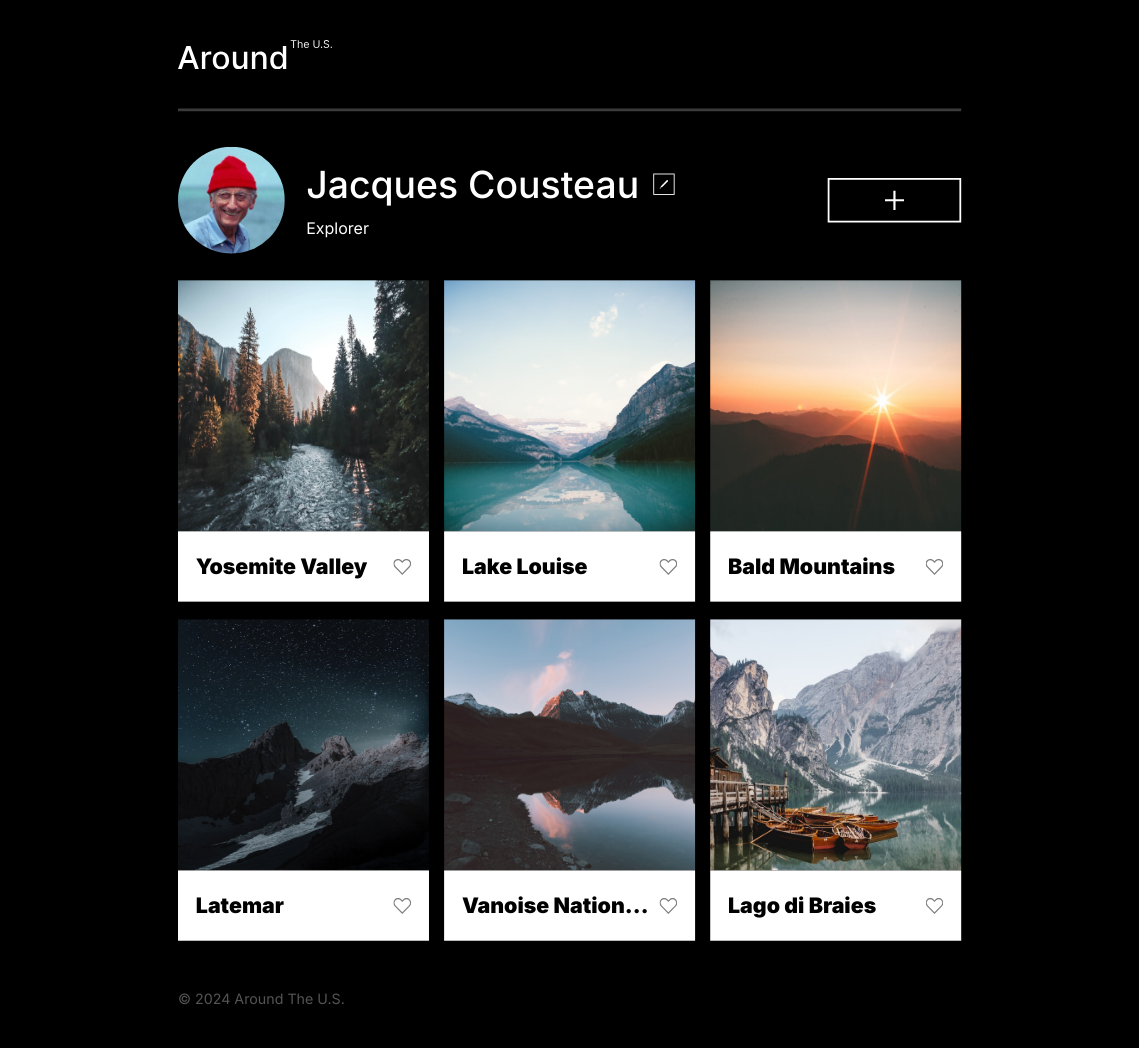
Repository: luisbaezx/se_project_aroundtheus
Page: index.html
These files come from the project's save history. The page is drawn as it stood at one moment and after the next save; the edit follows.
The browser window is 1280 px wide. The pictures show the whole page, at 89% of full size.

Above is the page before, as saved 2024-05-28 07:15:26.

After the next save:
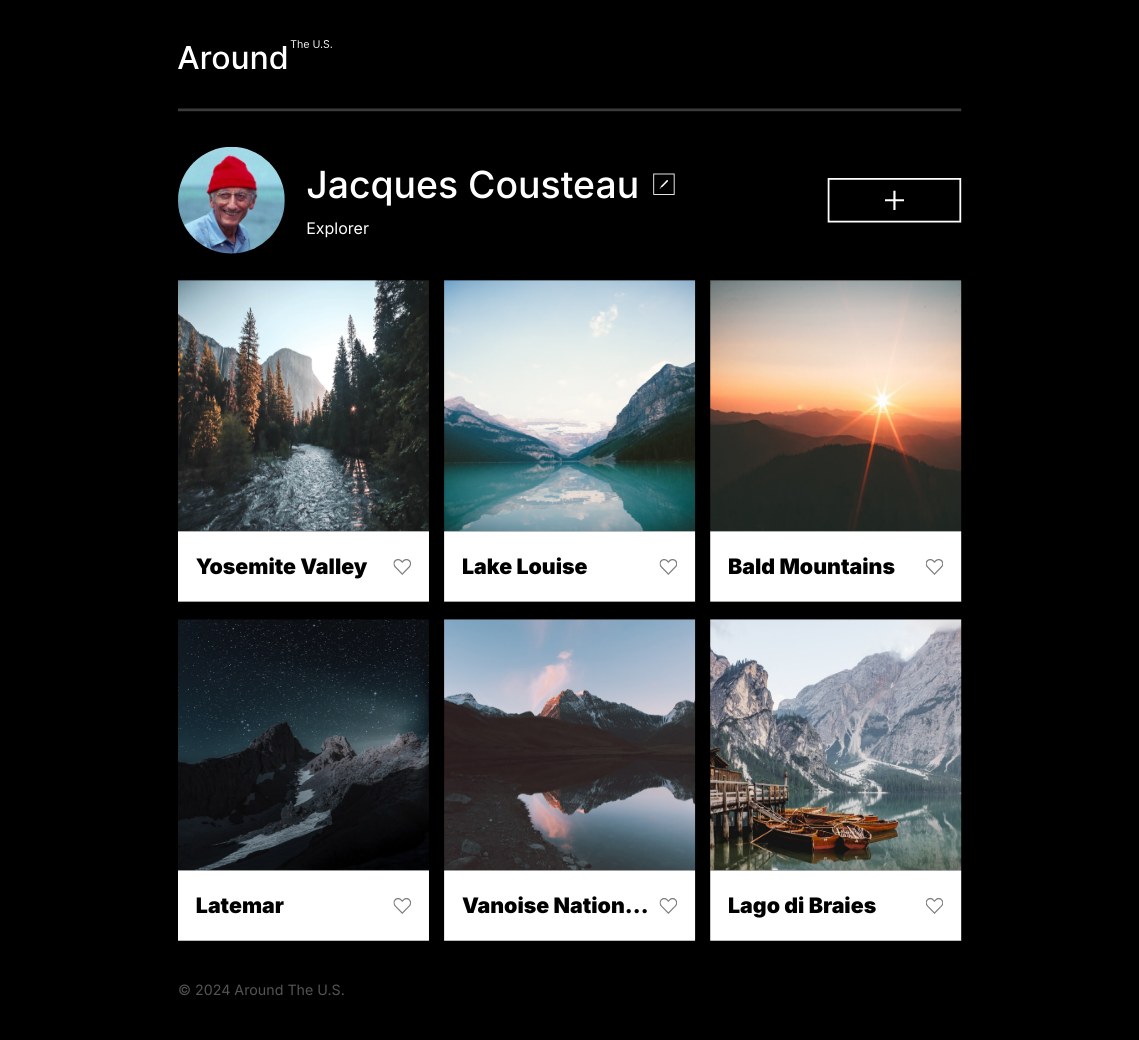
Saved 15 s later.
--- a/blocks/page.css
+++ b/blocks/page.css
@@ -177,7 +177,7 @@
 
 .footer__copyright {
   color: #545454;
-  padding-top: 40px;
+  padding-top: 30px;
   padding-bottom: 30px;
 }
 
